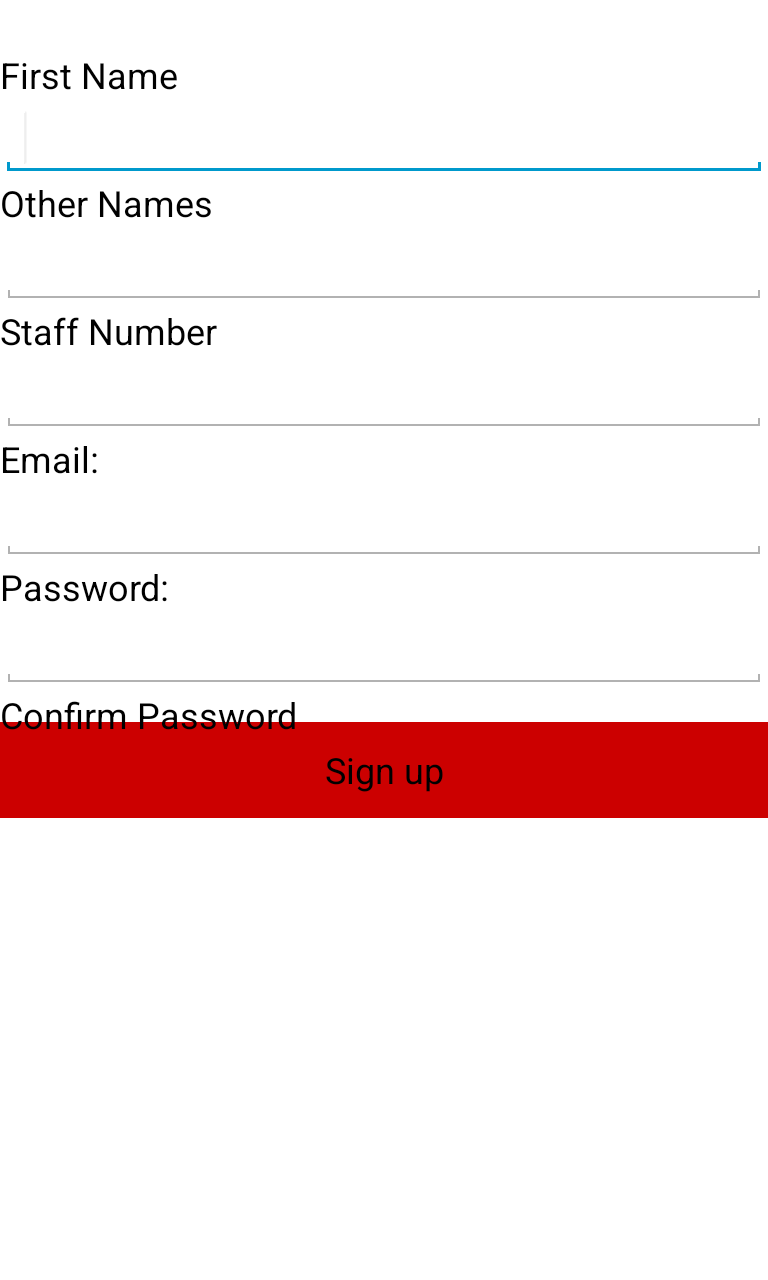
Repository: erwasambo/greendevelopment
Layout: GreenDevelopment/NASCuisine/res/layout/signup.xml
These files come from the project's save history. The layout is drawn as it stood at one moment and after the next save; the edit follows.
It is drawn on a 768 x 1280 px phone screen (xhdpi) without system bars, with theme AppTheme; the app's code is not run.

Above is the layout before, as saved 2013-12-04 13:18:00.

### GreenDevelopment/NASCuisine/res/layout/signup.xml
<?xml version="1.0" encoding="utf-8"?>
<ScrollView xmlns:android="http://schemas.android.com/apk/res/android"
    android:layout_width="match_parent"
    android:layout_height="match_parent"
    xmlns:tools="http://schemas.android.com/tools">
<RelativeLayout
    android:layout_width="match_parent"
    android:layout_height="match_parent"
    android:orientation="vertical">

 <TextView
        android:id="@+id/txtNoacc"
        android:layout_width="wrap_content"
        android:layout_height="wrap_content"
        android:layout_alignParentLeft="true"
        android:layout_alignParentTop="true"
        android:layout_marginTop="25dp"
        android:text="@string/firstname"
        android:textAppearance="?android:attr/textAppearanceMedium">
 </TextView>

 <EditText
        android:id="@+id/registerName"
        android:layout_width="match_parent"
        android:layout_height="wrap_content"
        android:layout_alignParentLeft="true"
        android:layout_below="@+id/txtNoacc"
        android:ems="10"
        android:inputType="textPersonName" >
  <requestFocus/></EditText>

    <TextView
        android:id="@+id/register_error"
        android:layout_width="wrap_content"
        android:layout_height="wrap_content"
        android:layout_alignParentBottom="true"
        android:layout_centerHorizontal="true" />

    <EditText
        android:id="@+id/registerPassword"
        android:layout_width="match_parent"
        android:layout_height="wrap_content"
        android:layout_alignParentLeft="true"
        android:layout_below="@+id/TextView02"
        android:ems="10"
        android:inputType="textPassword" />

    <TextView
        android:id="@+id/TextView01"
        android:layout_width="wrap_content"
        android:layout_height="wrap_content"
        android:layout_alignParentLeft="true"
        android:layout_below="@+id/registerName"
        android:text="@string/othernames"
        android:textAppearance="?android:attr/textAppearanceMedium" />

    <EditText
        android:id="@+id/EditText01"
        android:layout_width="match_parent"
        android:layout_height="wrap_content"
        android:layout_alignParentLeft="true"
        android:layout_below="@+id/TextView01"
        android:ems="10"
        android:inputType="textPersonName" />

    <TextView
        android:id="@+id/TextView03"
        android:layout_width="wrap_content"
        android:layout_height="wrap_content"
        android:layout_alignParentLeft="true"
        android:layout_below="@+id/EditText01"
        android:text="@string/staffno"
        android:textAppearance="?android:attr/textAppearanceMedium" />

    <EditText
        android:id="@+id/EditText02"
        android:layout_width="match_parent"
        android:layout_height="wrap_content"
        android:layout_alignParentLeft="true"
        android:layout_below="@+id/TextView03"
        android:ems="10"
        android:inputType="textPersonName" />

    <TextView
        android:id="@+id/textView1"
        android:layout_width="wrap_content"
        android:layout_height="wrap_content"
        android:layout_alignParentLeft="true"
        android:layout_below="@+id/EditText02"
        android:text="@string/email"
        android:textAppearance="?android:attr/textAppearanceMedium" />

    <EditText
        android:id="@+id/registerEmail"
        android:layout_width="match_parent"
        android:layout_height="wrap_content"
        android:layout_alignParentLeft="true"
        android:layout_below="@+id/textView1"
        android:ems="10"
        android:inputType="textEmailAddress" />

    <TextView
        android:id="@+id/TextView04"
        android:layout_width="wrap_content"
        android:layout_height="wrap_content"
        android:layout_alignParentLeft="true"
        android:layout_below="@+id/registerEmail"
        android:text="@string/password"
        android:textAppearance="?android:attr/textAppearanceMedium" />

    <EditText
        android:id="@+id/EditText03"
        android:layout_width="match_parent"
        android:layout_height="wrap_content"
        android:layout_alignParentLeft="true"
        android:layout_below="@+id/TextView04"
        android:ems="10"
        android:inputType="textPassword" />

    <Button
        android:id="@+id/btnRegister"
        android:layout_width="match_parent"
        android:layout_height="wrap_content"
        android:layout_alignParentBottom="true"
        android:layout_centerHorizontal="true"
        android:text="@string/signup"
        android:background="@color/purple"

        android:layout_marginBottom="15dp"
         />

    <CheckBox
        android:id="@+id/checkBox1"
        android:layout_width="wrap_content"
        android:layout_height="wrap_content"
        android:layout_above="@+id/btnRegister"
        android:layout_alignParentLeft="true"
        android:layout_marginLeft="20dp"
        android:text="@string/iagree" />

    <TextView
        android:id="@+id/TextView02"
        android:layout_width="wrap_content"
        android:layout_height="wrap_content"
        android:layout_alignParentLeft="true"
        android:layout_below="@+id/EditText03"
        android:text="@string/cnfpassword"
        android:textAppearance="?android:attr/textAppearanceMedium" />

    <TextView
        android:id="@+id/textView2"
        android:layout_width="wrap_content"
        android:layout_height="wrap_content"
        android:layout_alignBaseline="@+id/checkBox1"
        android:layout_alignBottom="@+id/checkBox1"
        android:layout_toRightOf="@+id/checkBox1"
        android:text="@string/termsofuse"
        android:textColor="@color/purple" />

</RelativeLayout>
</ScrollView>

### GreenDevelopment/NASCuisine/res/values/strings.xml
<?xml version="1.0" encoding="utf-8"?>
<resources>

    <string name="app_name">NAS Cuisine</string>
     <string name="app_namelogin">NAS Cuisine - Log in</string>




    <string name="action_settings">Settings</string>
    <string name="activity_scrollview">ScrollView</string>
    <string name="activity_listview">ListView</string>
    <string name="activity_gridview">GridView</string>
    <string name="activity_webview">WebView</string>
    <string name="activity_fragment_tabs">Fragments + Tabs</string>
    <string name="activity_fragment_tabs_vp">Fragments + Tabs + ViewPager</string>
    <string name="pref_title_stick_container">Stick layer to</string>
    <string name="pref_title_show_shadow">Show shadow</string>
    <string name="pref_title_show_offset">Closed offset</string>
    <string name="open_button_container">Open</string>
    <string name="close_button_container">Close</string>
	<string name="title_activity_main">PayPal Access</string>
    <string name="title_activity_login">Login</string>
    <string name="btn_login">Login with PayPal</string>
    <string name="progress_loading_title">Loading&#8320;</string>
    <string name="progress_loading_msg">Login is possible in a few seconds</string>
    <string name="toast_login_ok">Logged in</string>
    <string name="toast_login_failed">Login failed</string>
    <string name="login_description">This enables the user to use his PayPal credentials to login. Thus he doesn\'t have to create yet another account and remember yet another password.</string>
	<string name="login_oauth">OAuth 2.0</string>
	<string name="login_openid">OpenID</string>

    <string name="swipe_label">Swipe!</string>
    <string name="swipe_left_label">Swipe left!</string>
    <string name="swipe_right_label">Swipe right!</string>
    <string name="swipe_up_label">Swipe up!</string>
    <string name="swipe_down_label">Swipe down!</string>

    <string name="label_right">Right</string>
    <string name="label_left">Left</string>
    <string name="label_middle">Middle</string>
    <string name="label_top">Top</string>
    <string name="label_bottom">Bottom</string>

    <string name="not_applicable">n/a</string>

    <string-array name="pref_list_titles">
        <item>@string/label_right</item>
        <item>@string/label_middle</item>
        <item>@string/label_left</item>
        <item>@string/label_top</item>
        <item>@string/label_bottom</item>
    </string-array>
    <string-array name="pref_list_values">
        <item>right</item>
        <item>middle</item>
        <item>left</item>
        <item>top</item>
        <item>bottom</item>
    </string-array>

    <string name="pref_go">Go!</string>

    <string name="no_media_warning">Storage Media not present</string>
    <string name="no_media_hint">Sharing the storage media with a PC can make it inaccessible</string>
    <string name="open_failed">Unable to open document</string>
    <string name="cancel">Cancel</string>
    <string name="search_backwards">Search backwards</string>
    <string name="search_forwards">Search forwards</string>
    <string name="search_document">Search document</string>
    <string name="picker_title">NAS Cuisine</string>
    <string name="outline_title">Table of Contents</string>
    <string name="enter_password">Enter Password</string>
    <string name="text_not_found">Text not found</string>
    <string name="searching_">Searching...</string>
    <string name="link_control">Link highlighting and enabling</string>
    <string name="no_further_occurences_found">No further occurences found</string>
    <string name="gen_pdf">Generate pdf</string>
    <string name="view_pdf">View pdf</string>
    <string name="title_activity_main">MainActivity</string>
    <string name="progress_title">Generateing pdf...</string>

    <string name="taliiafrica">Julisha</string>
	<string name="main">Julisha</string>
	<string name="weather">Check Weather</string>
	<string name="rescue">Emergency Rescue</string>
	<string name="exit">Exit</string>
	<string name="srtsail">Begin Sailing</string>
	<string name="stpsail">End Sailing</string>
	<string name="chkmap">Check Map</string>
	<string name="sets">Settings</string>
	<string name="vsltype">Vessel Type:</string>
	<string name="vid">Vessel Id:</string>
	<string name="vslname">Vessel Name:</string>
	<string name="wtrbody">Water Body:</string>
	<string name="desc">General Description:</string>
	<string name="sv">Save</string>
	<string name="lgout">Logout</string>
	<string name="sail">Sailing</string>
	<string name="myacc">My Account</string>
	<string name="date">Date:</string>
	<string name="time">Time:</string>
	<string name="initloc">Initial Location:</string>
	<string name="Destination">Destination:</string>
	<string name="onboard">Number Onboard:</string>
	<string name="act">Activity:</string>
	<string name="bgnSail">Begin Sailing</string>
	<string name="currLoc">Current Location:</string>
	<string name="endsail">End Sailing</string>
	<string name="prevloc">Previous Location</string>
	<string name="desc2">Image2</string>
	<string name="login">Login</string>
	<string name="email">Email:</string>
	<string name="password">Password:</string>
	<string name="newtojulisharegister">New to Julisha? Register here</string>
	<string name="registeracc">Register New Account</string>
	<string name="fullname">Full Name</string>
	<string name="logout">Logout</string>
	<string name="briefdesc">Brief Description:</string>
	<string name="safe">Safe</string>
	<string name="minor">Minor Problem</string>
	<string name="danger">Danger</string>
	<string name="xtremedanger">Extreme Danger</string>
	<string name="signup">Sign up</string>
	<string name="donthaveacc">Don\'t have an account yet? </string>
	<string name="forgotpwd">Forgot Password</string>
	<string name="firstname">First Name</string>
	<string name="othernames">Other Names</string>
	<string name="staffno">Staff Number</string>
	<string name="cnfpassword">Confirm Password</string>
	<string name="iagree">I agree to</string>
	<string name="termsofuse">terms ofuse</string>
	<string name="perosnstoserve">Please select persons to serve</string>
	<string name="patients">Patients</string>
	<string name="func">Function</string>
	<string name="hospstaff">Hospital Staff</string>
	<string name="admin">Admin</string>
	<string name="mealord">Meal Order</string>
	<string name="drystore">Dry Store</string>
	<string name="salessummary">Sales Summary</string>
	<string name="mealsum">Meals Summary</string>
	<string name="transf">Transfer Vouchers</string>
	<string name="delivbook">Delivery Book</string>
	<string name="laundbook">Laundry Book</string>
	<string name="stjoseph">St. Joseph\'s</string>
	<string name="stmary">St. Mary\'s</string>
	<string name="stanne">St. Anne\'s</string>
	<string name="olc">OLC</string>
	<string name="lourdel">Lourdel</string>
	<string name="mccauley">McCauley</string>
	<string name="renal">Renal Unit</string>
	<string name="administration">Administration</string>
	<string name="patname">Patient\'s Name</string>
	<string name="day">Day</string>
	<string name="diet">Diet</string>
	<string name="submit">Submit</string>
	<string name="preview">Preview</string>
	<string name="meal">Meal</string>




</resources>

### GreenDevelopment/NASCuisine/res/values/colors.xml
<?xml version="1.0" encoding="utf-8"?>

<!--
  ~ Copyright 2013 Chris Banes
  ~
  ~ Licensed under the Apache License, Version 2.0 (the "License");
  ~ you may not use this file except in compliance with the License.
  ~ You may obtain a copy of the License at
  ~
  ~     http://www.apache.org/licenses/LICENSE-2.0
  ~
  ~ Unless required by applicable law or agreed to in writing, software
  ~ distributed under the License is distributed on an "AS IS" BASIS,
  ~ WITHOUT WARRANTIES OR CONDITIONS OF ANY KIND, either express or implied.
  ~ See the License for the specific language governing permissions and
  ~ limitations under the License.
  <color name="black">#FF000000</color>
  -->

<resources>
     <color name="white">#FFFFFF</color>
	 <color name="canvas">#CC0000</color>
		<color name="bar">#CC0000</color>
     <color name="black">#FF000000</color>
     <color name="purple">#CC0000</color>
    <color name="holo_dark_green">@color/purple</color>
	<color name="default_progress_bar_color">@color/white</color>
	 <color name="abs__background_holo_dark">@color/purple</color>
    <color name="abs__background_holo_light">@color/purple</color>
    <color name="abs__bright_foreground_holo_dark">@color/purple</color>
    <color name="abs__bright_foreground_holo_light">@color/purple</color>
    <color name="abs__bright_foreground_disabled_holo_dark">@color/purple</color>
    <color name="abs__bright_foreground_disabled_holo_light">@color/purple</color>
</resources>

Loaded but not shown: GreenDevelopment/NASCuisine/res/values/styles.xml (common file); GreenDevelopment/NASCuisine/res/values-v11/styles.xml (common file); GreenDevelopment/NASCuisine/res/values-v14/styles.xml (common file)

After the next save:
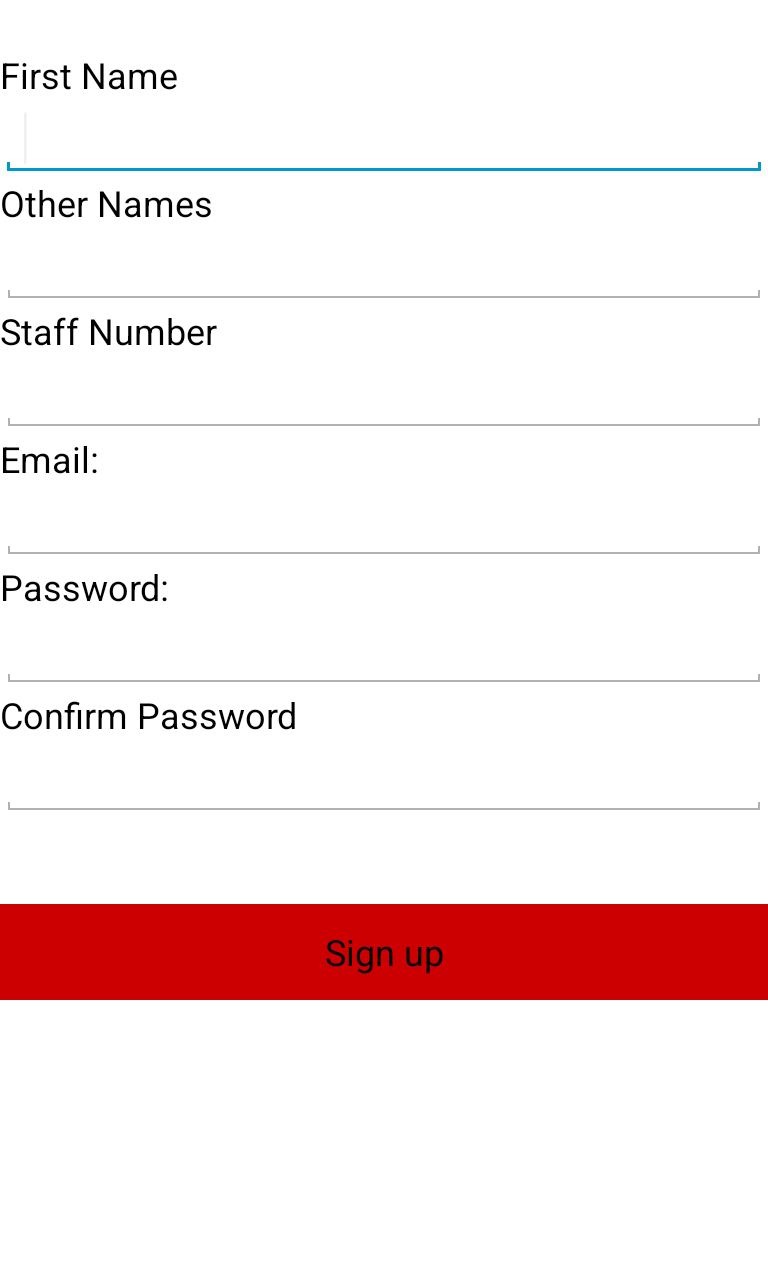
Saved 68 s later.
--- a/GreenDevelopment/NASCuisine/res/layout/signup.xml
+++ b/GreenDevelopment/NASCuisine/res/layout/signup.xml
@@ -3,10 +3,12 @@
     android:layout_width="match_parent"
     android:layout_height="match_parent"
     xmlns:tools="http://schemas.android.com/tools">
+
 <RelativeLayout
     android:layout_width="match_parent"
-    android:layout_height="match_parent"
-    android:orientation="vertical">
+    android:layout_height="500dp"
+    android:orientation="vertical"
+    tools:ignore="ScrollViewSize" >
 
  <TextView
         android:id="@+id/txtNoacc"
